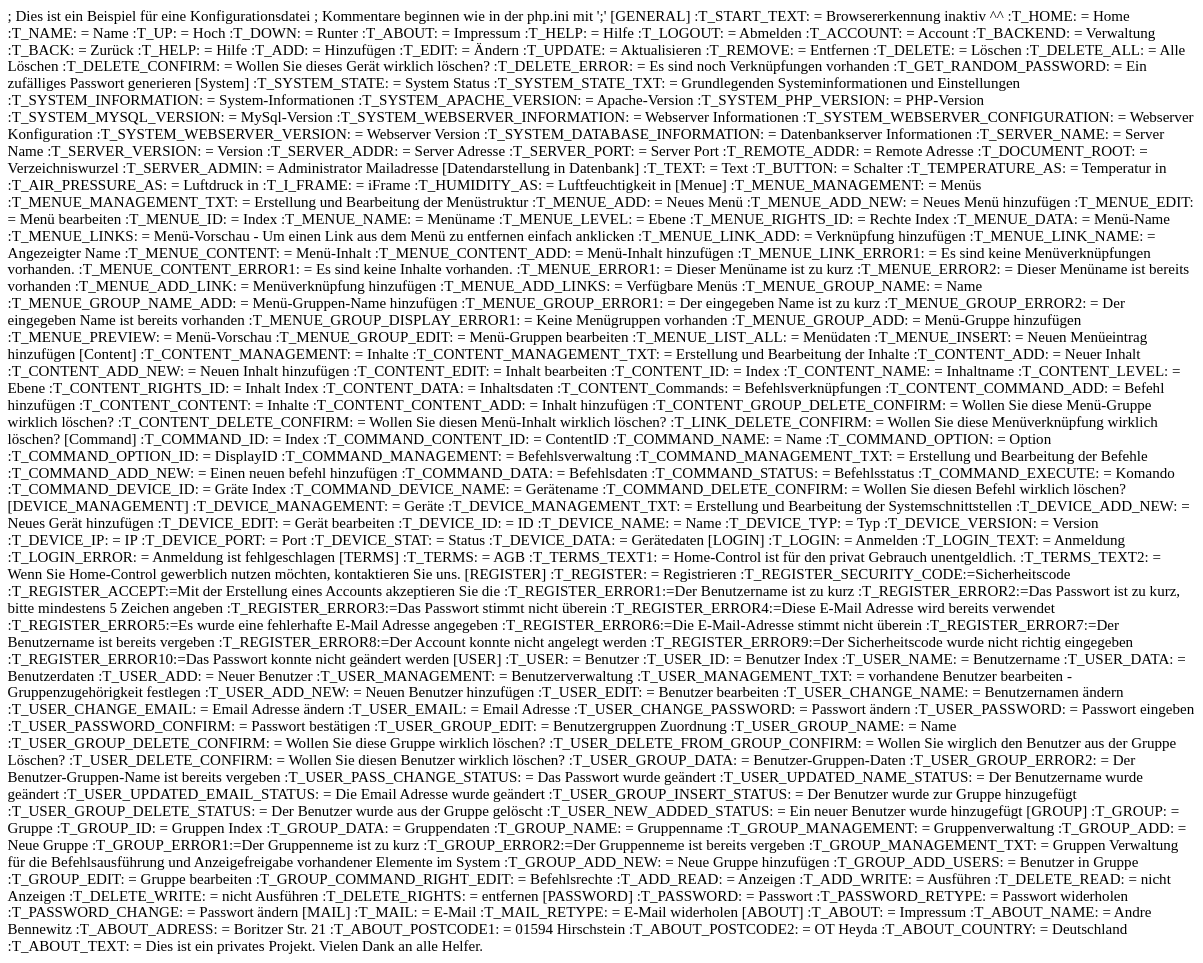
Repository: 0xF3ERROR/Home-Control
Page: http://localhost/language/lang_Ger.php
An editor plug-in stored every save of this project. The page is shown before and after the next save, followed by the edit.
The browser window is 1280 px wide. The pictures show the whole page, at 94% of full size.
The page is run by PHP 8.4 with error messages shown; the project is at /var/www/html/.

Above is the page before, as saved 2012-09-17 19:29:30.

### Source/language/lang_Ger.php
; Dies ist ein Beispiel für eine Konfigurationsdatei
; Kommentare beginnen wie in der php.ini mit ';'


[GENERAL]
:T_START_TEXT: = Browsererkennung inaktiv ^^
:T_HOME: = Home
:T_NAME: = Name
:T_UP: = Hoch
:T_DOWN: = Runter
:T_ABOUT: = Impressum
:T_HELP: = Hilfe
:T_LOGOUT: = Abmelden
:T_ACCOUNT: = Account
:T_BACKEND: = Verwaltung
:T_BACK: = Zurück
:T_HELP: = Hilfe
:T_ADD: = Hinzufügen
:T_EDIT: = Ändern
:T_UPDATE: = Aktualisieren
:T_REMOVE: = Entfernen
:T_DELETE: = Löschen
:T_DELETE_ALL: = Alle Löschen
:T_DELETE_CONFIRM: = Wollen Sie dieses Gerät wirklich löschen?
:T_DELETE_ERROR: = Es sind noch Verknüpfungen vorhanden
:T_GET_RANDOM_PASSWORD: = Ein zufälliges Passwort generieren


[System]
:T_SYSTEM_STATE: = System Status
:T_SYSTEM_STATE_TXT: = Grundlegenden Systeminformationen und Einstellungen
:T_SYSTEM_INFORMATION: = System-Informationen
:T_SYSTEM_APACHE_VERSION: = Apache-Version
:T_SYSTEM_PHP_VERSION: = PHP-Version
:T_SYSTEM_MYSQL_VERSION: = MySql-Version
:T_SYSTEM_WEBSERVER_INFORMATION: = Webserver Informationen
:T_SYSTEM_WEBSERVER_CONFIGURATION: = Webserver Konfiguration
:T_SYSTEM_WEBSERVER_VERSION: = Webserver Version
:T_SYSTEM_DATABASE_INFORMATION: = Datenbankserver Informationen
:T_SERVER_NAME: = Server Name
:T_SERVER_VERSION: = Version
:T_SERVER_ADDR: = Server Adresse
:T_SERVER_PORT: = Server Port
:T_REMOTE_ADDR: = Remote Adresse
:T_DOCUMENT_ROOT: = Verzeichniswurzel
:T_SERVER_ADMIN: = Administrator Mailadresse





[Datendarstellung in Datenbank]
:T_TEXT: = Text
:T_BUTTON: = Schalter
:T_TEMPERATURE_AS: = Temperatur in
:T_AIR_PRESSURE_AS: = Luftdruck in
:T_I_FRAME: = iFrame
:T_HUMIDITY_AS: = Luftfeuchtigkeit in



[Menue]
:T_MENUE_MANAGEMENT: = Menüs
:T_MENUE_MANAGEMENT_TXT: = Erstellung und Bearbeitung der Menüstruktur
:T_MENUE_ADD: = Neues Menü
:T_MENUE_ADD_NEW: = Neues Menü hinzufügen
:T_MENUE_EDIT: = Menü bearbeiten
:T_MENUE_ID: = Index
:T_MENUE_NAME: = Menüname
:T_MENUE_LEVEL: = Ebene
:T_MENUE_RIGHTS_ID: = Rechte Index
:T_MENUE_DATA: = Menü-Name
:T_MENUE_LINKS: = Menü-Vorschau - Um einen Link aus dem Menü zu entfernen einfach anklicken
:T_MENUE_LINK_ADD: = Verknüpfung hinzufügen
:T_MENUE_LINK_NAME: = Angezeigter Name
:T_MENUE_CONTENT: = Menü-Inhalt
:T_MENUE_CONTENT_ADD: = Menü-Inhalt hinzufügen
:T_MENUE_LINK_ERROR1: = Es sind keine Menüverknüpfungen vorhanden.
:T_MENUE_CONTENT_ERROR1: = Es sind keine Inhalte vorhanden.
:T_MENUE_ERROR1: = Dieser Menüname ist zu kurz
:T_MENUE_ERROR2: = Dieser Menüname ist bereits vorhanden
:T_MENUE_ADD_LINK: = Menüverknüpfung hinzufügen
:T_MENUE_ADD_LINKS: = Verfügbare Menüs
:T_MENUE_GROUP_NAME: = Name
:T_MENUE_GROUP_NAME_ADD: = Menü-Gruppen-Name hinzufügen
:T_MENUE_GROUP_ERROR1: = Der eingegeben Name ist zu kurz
:T_MENUE_GROUP_ERROR2: = Der eingegeben Name ist bereits vorhanden
:T_MENUE_GROUP_DISPLAY_ERROR1: = Keine Menügruppen vorhanden
:T_MENUE_GROUP_ADD: = Menü-Gruppe hinzufügen
:T_MENUE_PREVIEW: = Menü-Vorschau
:T_MENUE_GROUP_EDIT: = Menü-Gruppen bearbeiten
:T_MENUE_LIST_ALL: = Menüdaten
:T_MENUE_INSERT: = Neuen Menüeintrag hinzufügen
[Content]
:T_CONTENT_MANAGEMENT: = Inhalte
:T_CONTENT_MANAGEMENT_TXT: = Erstellung und Bearbeitung der Inhalte
:T_CONTENT_ADD: = Neuer Inhalt
:T_CONTENT_ADD_NEW: = Neuen Inhalt hinzufügen
:T_CONTENT_EDIT: = Inhalt bearbeiten
:T_CONTENT_ID: = Index
:T_CONTENT_NAME: = Inhaltname
:T_CONTENT_LEVEL: = Ebene
:T_CONTENT_RIGHTS_ID: = Inhalt Index
:T_CONTENT_DATA: = Inhaltsdaten
:T_CONTENT_Commands: = Befehlsverknüpfungen
:T_CONTENT_COMMAND_ADD: = Befehl hinzufügen
:T_CONTENT_CONTENT: = Inhalte
:T_CONTENT_CONTENT_ADD: = Inhalt hinzufügen
:T_CONTENT_GROUP_DELETE_CONFIRM: = Wollen Sie diese Menü-Gruppe wirklich löschen?
:T_CONTENT_DELETE_CONFIRM: = Wollen Sie diesen Menü-Inhalt wirklich löschen?
:T_LINK_DELETE_CONFIRM: = Wollen Sie diese Menüverknüpfung wirklich löschen?



[Command]
:T_COMMAND_ID: = Index
:T_COMMAND_CONTENT_ID: = ContentID
:T_COMMAND_NAME: = Name
:T_COMMAND_OPTION: = Option
:T_COMMAND_OPTION_ID: = DisplayID
:T_COMMAND_MANAGEMENT: = Befehlsverwaltung
:T_COMMAND_MANAGEMENT_TXT: = Erstellung und Bearbeitung der Befehle
:T_COMMAND_ADD_NEW: = Einen neuen befehl hinzufügen
:T_COMMAND_DATA: = Befehlsdaten
:T_COMMAND_STATUS: = Befehlsstatus
:T_COMMAND_EXECUTE: = Komando
:T_COMMAND_DEVICE_ID: = Gräte Index
:T_COMMAND_DEVICE_NAME: = Gerätename
:T_COMMAND_DELETE_CONFIRM: = Wollen Sie diesen Befehl wirklich löschen?


[DEVICE_MANAGEMENT]
:T_DEVICE_MANAGEMENT: = Geräte
:T_DEVICE_MANAGEMENT_TXT: = Erstellung und Bearbeitung der Systemschnittstellen
:T_DEVICE_ADD_NEW: = Neues Gerät hinzufügen
:T_DEVICE_EDIT: = Gerät bearbeiten
:T_DEVICE_ID: = ID
:T_DEVICE_NAME: = Name
:T_DEVICE_TYP: = Typ
:T_DEVICE_VERSION: = Version
:T_DEVICE_IP: = IP
:T_DEVICE_PORT: = Port
:T_DEVICE_STAT: = Status
:T_DEVICE_DATA: = Gerätedaten


[LOGIN]
:T_LOGIN: = Anmelden
:T_LOGIN_TEXT: = Anmeldung
:T_LOGIN_ERROR: = Anmeldung ist fehlgeschlagen


[TERMS]
:T_TERMS: = AGB
:T_TERMS_TEXT1: = Home-Control ist für den privat Gebrauch unentgeldlich.
:T_TERMS_TEXT2: = Wenn Sie Home-Control gewerblich nutzen möchten, kontaktieren Sie uns.


[REGISTER]
:T_REGISTER: = Registrieren
:T_REGISTER_SECURITY_CODE:=Sicherheitscode
:T_REGISTER_ACCEPT:=Mit der Erstellung eines Accounts akzeptieren Sie die
:T_REGISTER_ERROR1:=Der Benutzername ist zu kurz
:T_REGISTER_ERROR2:=Das Passwort ist zu kurz, bitte mindestens 5 Zeichen angeben
:T_REGISTER_ERROR3:=Das Passwort stimmt nicht überein
:T_REGISTER_ERROR4:=Diese E-Mail Adresse wird bereits verwendet
:T_REGISTER_ERROR5:=Es wurde eine fehlerhafte E-Mail Adresse angegeben
:T_REGISTER_ERROR6:=Die E-Mail-Adresse stimmt nicht überein
:T_REGISTER_ERROR7:=Der Benutzername ist bereits vergeben
:T_REGISTER_ERROR8:=Der Account konnte nicht angelegt werden
:T_REGISTER_ERROR9:=Der Sicherheitscode wurde nicht richtig eingegeben
:T_REGISTER_ERROR10:=Das Passwort konnte nicht geändert werden


[USER]
:T_USER: = Benutzer
:T_USER_ID: = Benutzer Index
:T_USER_NAME: = Benutzername
:T_USER_DATA: = Benutzerdaten
:T_USER_ADD: = Neuer Benutzer
:T_USER_MANAGEMENT: = Benutzerverwaltung
:T_USER_MANAGEMENT_TXT: = vorhandene Benutzer bearbeiten - Gruppenzugehörigkeit festlegen
:T_USER_ADD_NEW: = Neuen Benutzer hinzufügen
:T_USER_EDIT: = Benutzer bearbeiten
:T_USER_CHANGE_NAME: = Benutzernamen ändern
:T_USER_CHANGE_EMAIL: = Email Adresse ändern
:T_USER_EMAIL: = Email Adresse
:T_USER_CHANGE_PASSWORD: = Passwort ändern
:T_USER_PASSWORD: = Passwort eingeben
:T_USER_PASSWORD_CONFIRM: = Passwort bestätigen
:T_USER_GROUP_EDIT: = Benutzergruppen Zuordnung
:T_USER_GROUP_NAME: = Name
:T_USER_GROUP_DELETE_CONFIRM: = Wollen Sie diese Gruppe wirklich löschen?
:T_USER_DELETE_FROM_GROUP_CONFIRM: = Wollen Sie wirglich den Benutzer aus der Gruppe Löschen?
:T_USER_DELETE_CONFIRM: = Wollen Sie diesen Benutzer wirklich löschen?
:T_USER_GROUP_DATA: = Benutzer-Gruppen-Daten
:T_USER_GROUP_ERROR2: = Der Benutzer-Gruppen-Name ist bereits vergeben


:T_USER_PASS_CHANGE_STATUS: = Das Passwort wurde geändert
:T_USER_UPDATED_NAME_STATUS: = Der Benutzername wurde geändert
:T_USER_UPDATED_EMAIL_STATUS: = Die Email Adresse wurde geändert

:T_USER_GROUP_INSERT_STATUS: = Der Benutzer wurde zur Gruppe hinzugefügt
:T_USER_GROUP_DELETE_STATUS: = Der Benutzer wurde aus der Gruppe gelöscht
:T_USER_NEW_ADDED_STATUS: = Ein neuer Benutzer wurde hinzugefügt


[GROUP]
:T_GROUP: = Gruppe
:T_GROUP_ID: = Gruppen Index
:T_GROUP_DATA: = Gruppendaten
:T_GROUP_NAME: = Gruppenname
:T_GROUP_MANAGEMENT: = Gruppenverwaltung
:T_GROUP_ADD: = Neue Gruppe
:T_GROUP_ERROR1:=Der Gruppenneme ist zu kurz
:T_GROUP_ERROR2:=Der Gruppenneme ist bereits vergeben
:T_GROUP_MANAGEMENT_TXT: = Gruppen Verwaltung für die Befehlsausführung und Anzeigefreigabe vorhandener Elemente im System
:T_GROUP_ADD_NEW: = Neue Gruppe hinzufügen
:T_GROUP_ADD_USERS: = Benutzer in Gruppe
:T_GROUP_EDIT: = Gruppe bearbeiten
:T_GROUP_COMMAND_RIGHT_EDIT: = Befehlsrechte
:T_ADD_READ: = Anzeigen
:T_ADD_WRITE: = Ausführen
:T_DELETE_READ: = nicht Anzeigen
:T_DELETE_WRITE: = nicht Ausführen
:T_DELETE_RIGHTS: = entfernen

[PASSWORD]
:T_PASSWORD: = Passwort
:T_PASSWORD_RETYPE: = Passwort widerholen
:T_PASSWORD_CHANGE: = Passwort ändern


[MAIL]
:T_MAIL: = E-Mail
:T_MAIL_RETYPE: = E-Mail widerholen


[ABOUT]
:T_ABOUT: = Impressum
:T_ABOUT_NAME: = Andre Bennewitz
:T_ABOUT_ADRESS: = Boritzer Str. 21
:T_ABOUT_POSTCODE1: = 01594 Hirschstein
:T_ABOUT_POSTCODE2: = OT Heyda
:T_ABOUT_COUNTRY: = Deutschland
:T_ABOUT_TEXT: = Dies ist ein privates Projekt. Vielen Dank an alle Helfer.

After the next save:
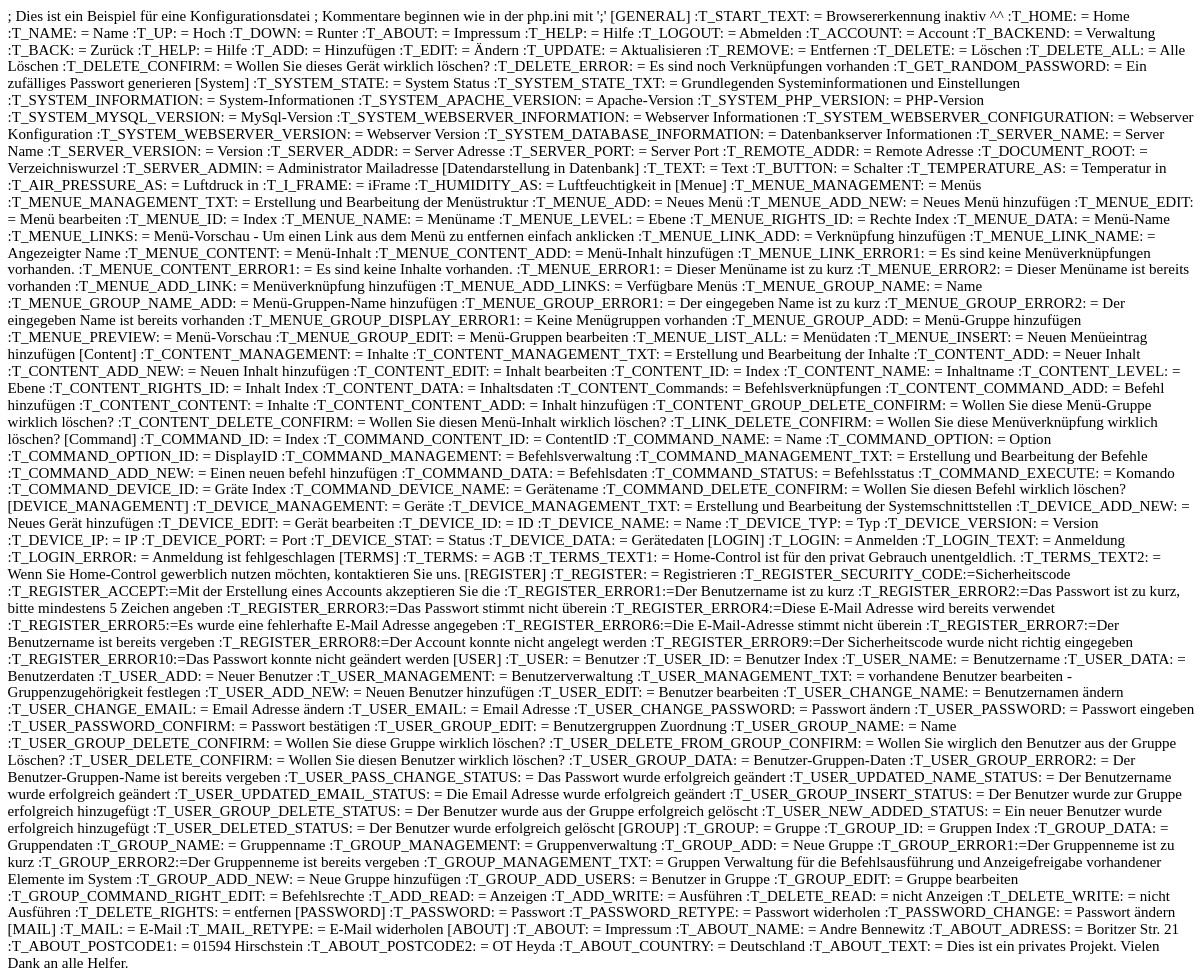
Saved 54 s later.
--- a/Source/language/lang_Ger.php
+++ b/Source/language/lang_Ger.php
@@ -197,14 +197,14 @@
 :T_USER_GROUP_ERROR2: = Der Benutzer-Gruppen-Name ist bereits vergeben
 
 
-:T_USER_PASS_CHANGE_STATUS: = Das Passwort wurde geändert
-:T_USER_UPDATED_NAME_STATUS: = Der Benutzername wurde geändert
-:T_USER_UPDATED_EMAIL_STATUS: = Die Email Adresse wurde geändert
-
-:T_USER_GROUP_INSERT_STATUS: = Der Benutzer wurde zur Gruppe hinzugefügt
-:T_USER_GROUP_DELETE_STATUS: = Der Benutzer wurde aus der Gruppe gelöscht
-:T_USER_NEW_ADDED_STATUS: = Ein neuer Benutzer wurde hinzugefügt
-
+:T_USER_PASS_CHANGE_STATUS: = Das Passwort wurde erfolgreich geändert
+:T_USER_UPDATED_NAME_STATUS: = Der Benutzername wurde erfolgreich geändert
+:T_USER_UPDATED_EMAIL_STATUS: = Die Email Adresse wurde erfolgreich geändert
+
+:T_USER_GROUP_INSERT_STATUS: = Der Benutzer wurde zur Gruppe erfolgreich hinzugefügt
+:T_USER_GROUP_DELETE_STATUS: = Der Benutzer wurde aus der Gruppe erfolgreich gelöscht
+:T_USER_NEW_ADDED_STATUS: = Ein neuer Benutzer wurde erfolgreich hinzugefügt
+:T_USER_DELETED_STATUS: = Der Benutzer wurde erfolgreich gelöscht
 
 [GROUP]
 :T_GROUP: = Gruppe
